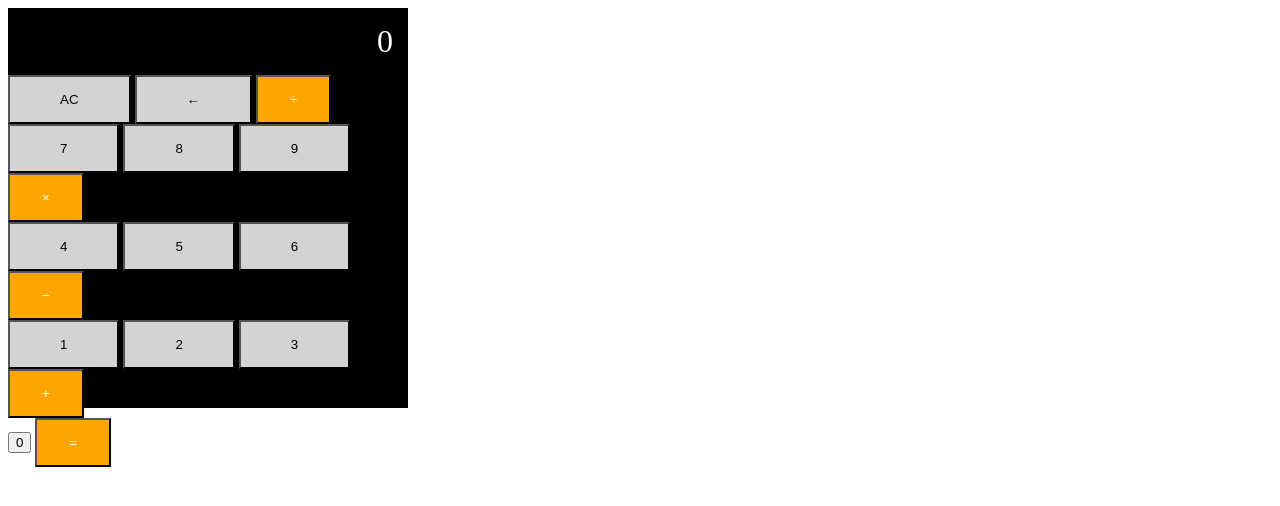
Repository: KaylaDamons/LAB-calculator
Page: index.html
The author's editor kept a copy of each file at every save. The page is drawn from the files as they stood at one save, then again after the next save.
The browser window is 1280 px wide. The pictures show the whole page.

Above is the page before, as saved 2024-01-13 19:38:17.

After the next save:
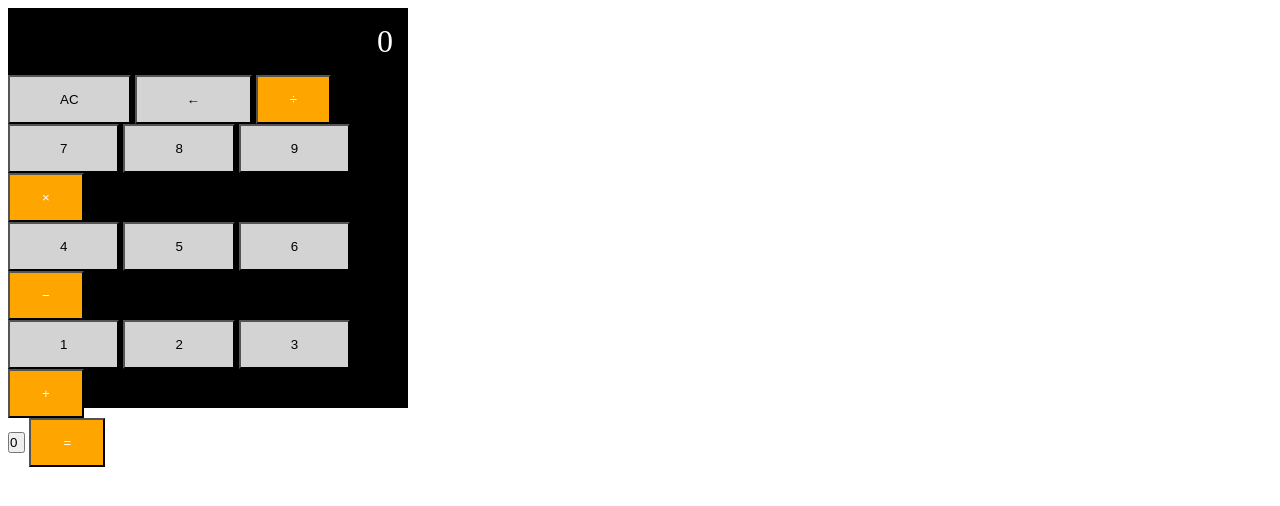
Saved 3 min 26 s later.
--- a/main.css
+++ b/main.css
@@ -30,3 +30,6 @@
   padding-inline-start: 0%;
   padding:15px 50px;
 }
+.buttonzero {
+  padding-inline-start:0%;
+}
